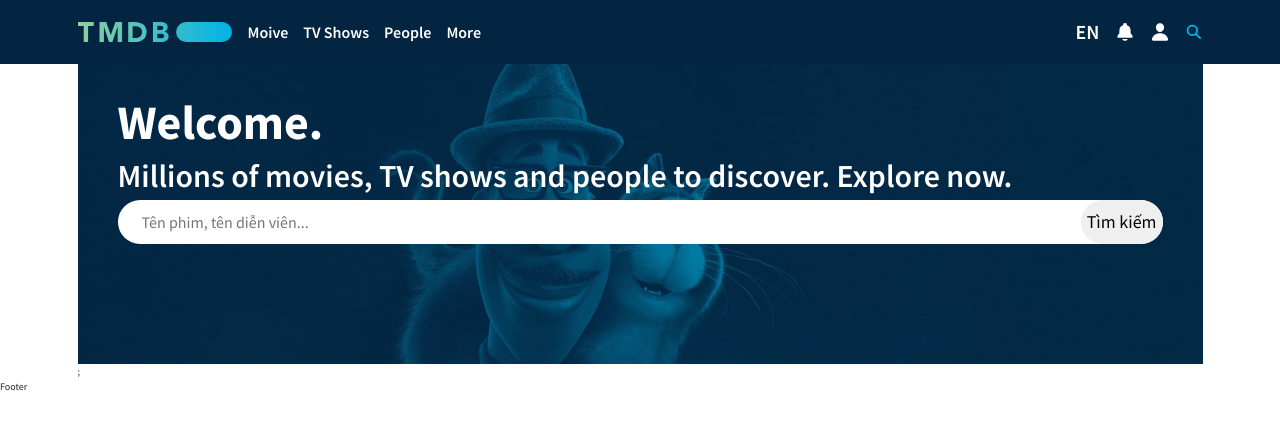
Repository: nguyennam1029/TMDB-App
Page: /
The author's editor kept a copy of each file at every save. The page is drawn from the files as they stood at one save, then again after the next save.
The browser window is 1280 px wide. The pictures show the whole page.
The project was rebuilt for these pictures with package versions that can differ from the ones it lists, and the page was loaded fresh each time. Also part of the build but not shown: src/components/ui/HeroCart/heroCart.css, src/components/ui/HeroCart/HeroCart.jsx, src/page/Search.jsx. Imported but missing from the stored project, and not drawn on this page: src/components/ui/ListHero/ListHero, src/page/HeroDetail.

Above is the page before, as saved 2022-09-26 20:22:38.

### public/index.html
<!DOCTYPE html>
<html lang="en">
  <head>
    <meta charset="utf-8" />
    <link rel="icon" href="%PUBLIC_URL%/favicon.ico" />
    <meta name="viewport" content="width=device-width, initial-scale=1" />
    <meta name="theme-color" content="#000000" />
    <meta
      name="description"
      content="Web site created using create-react-app"
    />
    <link rel="apple-touch-icon" href="%PUBLIC_URL%/logo192.png" />
    <!--
      manifest.json provides metadata used when your web app is installed on a
      user's mobile device or desktop. See https://developers.google.com/web/fundamentals/web-app-manifest/
    -->
    <link rel="manifest" href="%PUBLIC_URL%/manifest.json" />
    <!--
      Notice the use of %PUBLIC_URL% in the tags above.
      It will be replaced with the URL of the `public` folder during the build.
      Only files inside the `public` folder can be referenced from the HTML.

      Unlike "/favicon.ico" or "favicon.ico", "%PUBLIC_URL%/favicon.ico" will
      work correctly both with client-side routing and a non-root public URL.
      Learn how to configure a non-root public URL by running `npm run build`.
    -->
    <link
      rel="stylesheet"
      href="https://cdn.jsdelivr.net/npm/bootstrap@5.1.0/dist/css/bootstrap.min.css"
    />
    <title>React App</title>
  </head>
  <body>
    <noscript>You need to enable JavaScript to run this app.</noscript>
    <div id="root"></div>
    <!--
      This HTML file is a template.
      If you open it directly in the browser, you will see an empty page.

      You can add webfonts, meta tags, or analytics to this file.
      The build step will place the bundled scripts into the <body> tag.

      To begin the development, run `npm start` or `yarn start`.
      To create a production bundle, use `npm run build` or `yarn build`.
    -->
  </body>
</html>

### src/index.js
import React from "react";
import ReactDOM from "react-dom/client";
import { BrowserRouter as Router } from "react-router-dom";

import { Provider } from "react-redux";
import store from "./store";
import "./index.css";
import App from "./App";

const root = ReactDOM.createRoot(document.getElementById("root"));
root.render(
  <React.StrictMode>
    <Provider store={store}>
      <Router>
        <App />
      </Router>
    </Provider>
  </React.StrictMode>
);

// If you want to start measuring performance in your app, pass a function
// to log results (for example: reportWebVitals(console.log))
// or send to an analytics endpoint. Learn more: https://bit.ly/CRA-vitals

### src/store.js
import rootReducer from "./redux/reducers";

import { createStore } from "redux";
const store = createStore(
  rootReducer,
  window.__REDUX_DEVTOOLS_EXTENSION__ && window.__REDUX_DEVTOOLS_EXTENSION__()
);

export default store;

### src/index.css
@import url('https://fonts.googleapis.com/css2?family=Source+Sans+Pro:wght@200;300;400;600;700;900&display=swap');

html {
  font-size: 62.5%;
}

body {
  font-family: 'Source Sans Pro',
    sans-serif;

}

:root {
  --primary-text-color: #fff;
}

*,
*::before,
*::after {
  box-sizing: border-box;
}




img,
picture,
video,
canvas,
svg {
  display  : block;
  max-width: 100%;
}

input,
button,
textarea,
select {
  outline: none;
}

p,
h1,
h2,
h3,
h4,
h5,
h6 {
  overflow-wrap: break-word;
}

a {
  color          : inherit;
  text-decoration: none;
}

ul {
  padding: 0;
  margin : 0;
}

li {
  list-style: none;
}

### src/redux/reducers.js
const initState = {
  search: "",
  selectItem: {},
  listHeros: [],
};

const rootReducer = (state = initState, action) => {
  switch (action.type) {
    case "listHeros":
      return {
        ...state,
        listHeros: action.payload,
      };
    case "selectItem":
      return {
        ...state,
        selectItem: action.payload,
      };
    case "seachrItem":
      return {
        ...state,
        search: action.payload,
      };
    default:
      return state;
  }
};
export default rootReducer;

### src/components/Layout/Layout.jsx
import React from "react";

import Header from "../Header/Header";
import Footer from "../Footer/Footer";
// import Routers from "../../routes/Routers";
import Routers from "../../routes/Routers";

const Layout = () => {
  return (
    <>
      <Header />
      <Routers />
      <Footer />
    </>
  );
};

export default Layout;

### src/components/Header/Header.jsx
import React from "react";

import { Link, useNavigate } from "react-router-dom";
import { useState } from "react";
import { useDispatch } from "react-redux";
import { seachrItem } from "../../redux/action";
import { useEffect } from "react";
import {
  IoSearchOutline,
  IoNotificationsSharp,
  IoPerson,
  IoSearchSharp,
} from "react-icons/io5";
import { Container } from "react-bootstrap";
import Dropdown from "react-bootstrap/Dropdown";
import { NavLink } from "react-router-dom";
import logo from "../../assets/images/logo.svg";
import "./header.css";
const Header = () => {
  // const dispatch = useDispatch();
  // const [searchName, setSearchName] = useState("");
  // const Navigate = useNavigate();
  // const handleOnchange = (value) => {
  //   value !== "" ? Navigate("/seachr") : Navigate("/");
  //   setSearchName(value);
  // };

  // useEffect(() => {
  //   dispatch(seachrItem(searchName));
  // }, [searchName]);
  // return (
  //   <ul>
  //     <li>
  //       <Link to={"/home"} onClick={() => setSearchName("")}>
  //         Home
  //       </Link>
  //     </li>
  //     <li>
  //       <input
  //         type="text"
  //         value={searchName}
  //         placeholder="Tìm kiếm"
  //         onChange={(e) => {
  //           handleOnchange(e.target.value);
  //         }}
  //       />
  //     </li>
  //     <li>
  //       Tim kiem <IoSearchOutline />
  //     </li>
  //   </ul>
  // );
  //CÁC MENU ITEM
  const NavItemLinks = [
    {
      display: "Moive",
      url: "/moive",
    },
    {
      display: "TV Shows",
      url: "/tvshows",
    },
    {
      display: "People",
      url: "/people",
    },
    {
      display: "More",
      url: "/More",
    },
  ];
  return (
    <div className="header">
      <Container>
        <div className="nav d-flex align-items-center justify-content-between">
          <div className="nav__left d-flex align-items-center justify-content-center mr-3">
            <NavLink to="/" className="nav__left--img d-block">
              <img src={logo} alt="" />
            </NavLink>

            <ul className="nav__list d-flex align-items-center gap-4">
              {NavItemLinks.map((item, index) => (
                <li className="nav__item" key={index}>
                  <NavLink
                    to={item.url}
                    className={(navClass) =>
                      navClass.isActive ? "active" : ""
                    }
                  >
                    {item.display}
                  </NavLink>
                </li>
              ))}
            </ul>
          </div>
          <div className="nav__right">
            <ul className="nav__list d-flex align-items-center gap-4">
              <li className="nav__item nav__right--item">
                <NavLink
                  to="en"
                  className={(navClass) => (navClass.isActive ? "active" : "")}
                >
                  EN
                </NavLink>
              </li>

              <li className="nav__item nav__right--item">
                <NavLink
                  to="noti"
                  className={(navClass) => (navClass.isActive ? "active" : "")}
                >
                  <IoNotificationsSharp />
                </NavLink>
              </li>

              <li className="nav__item nav__right--item">
                <NavLink
                  to="user"
                  className={(navClass) => (navClass.isActive ? "active" : "")}
                >
                  <IoPerson />
                </NavLink>
              </li>

              <li className="nav__item nav__right--item search">
                <NavLink
                  to="user"
                  className={(navClass) => (navClass.isActive ? "active" : "")}
                >
                  <IoSearchSharp />
                </NavLink>
              </li>
            </ul>
          </div>
        </div>
      </Container>
    </div>
  );
};
export default Header;

### src/components/Footer/Footer.jsx
import React from "react";

const Footer = () => {
  return <div>Footer</div>;
};
export default Footer;

### src/routes/Routers.jsx
import { Routes, Route, Navigate } from "react-router-dom";

import React from "react";

import { HomePage } from "../page/Home";
import { HeroDetail } from "../page/HeroDetail";
import { Search } from "../page/Search";

const Routers = () => {
  return (
    <Routes>
      <Route path="/" element={<Navigate to="/Home" />} />
      <Route path="/Home" element={<HomePage />} />
      <Route path="/Home/:id" element={<HeroDetail />} />
      <Route path="/seachr" element={<Search />} />
    </Routes>
  );
};
export default Routers;

### src/redux/action.js
export const getListHeros = (heros) => {
  return {
    type: "listHeros",
    payload: heros,
  };
};

export const selectItem = (item) => {
  return {
    type: "selectItem",
    payload: item,
  };
};

export const seachrItem = (item) => {
  return {
    type: "seachrItem",
    payload: item,
  };
};
// export 1 cái getListHeros thì lại đc
// => ko thể sử dụng cú pháp export const getListHeros = (heros) => {...}

// export default getListHeros; export 1 cái thì không lỗi

// export { getListHeros, testt }; cách này củng lỗi

### src/components/Header/header.css
.header {
    background-color: #032541;
    display         : flex;
    justify-content : center;
    align-items     : center;
    position        : fixed;
    top             : 0;
    left            : 0;

    height    : 64px;
    width     : 100%;
    z-index   : 10;
    transition: top 0.2s linear;

}

.nav__left--img {
    width       : 154px;
    height      : auto;
    margin-right: 16px;
}

.nav__left--img img {
    width: 100%;
}

.nav__item {
    font-size  : 1.6rem;
    color      : var(--primary-text-color);
    font-weight: 600;
}

.nav__right--item {
    font-size  : 2rem;
    font-weight: 600;
}

.nav__right--item.search {
    font-size  : 1.8rem;
    color      : #01b4e4;
    font-weight: 800;

}

### src/page/Home.jsx
import React from "react";
import { Banner } from "../components/Banner/Banner";
import { ListHero } from "../components/ui/ListHero/ListHero";
// import Slider from "../components/ui/Slider/Slider";

export const HomePage = () => {
  return (
    <div>
      <Banner />
      {/* <ListHero /> */}
    </div>
  );
};

### src/components/Banner/Banner.jsx
import React from "react";

import { Container } from "react-bootstrap";
import "./banner.css";
export const Banner = () => {
  return (
    <Container>
      <div className="banner">
        <div className="banner-content">
          <div className="banner-title">
            <h2>Welcome.</h2>
            <h3>
              Millions of movies, TV shows and people to discover. Explore now.
            </h3>
          </div>
          <div className="banner-search">
            <input type="text" placeholder="Tên phim, tên diễn viên..." />
            <button>Tìm kiếm</button>
          </div>
        </div>
      </div>
      ;
    </Container>
  );
};

### src/components/Banner/banner.css
.banner {
    margin-top: 64px;
    background-image: linear-gradient(to right, rgba(3, 37, 65, 0.8) 0%, rgba(3, 37, 65, 0) 100%),
        url("../../assets/images/banner.jpg");
    min-height: 300px;

    max-height         : 360px;
    background-position: top center;
    background-size    : cover;
    background-repeat  : no-repeat;
    color              : #fff;
}

.banner-content {
    padding: 30px 40px;
}

.banner-title {}

.banner-title h2 {
    font-size  : 4.8rem;
    font-weight: 700;
}

.banner-title h3 {
    font-size  : 3.2rem;
    font-weight: 600;
}

.banner-search {
    width   : 100%;
    position: relative;
    overflow: hidden;
}

.banner-search input {
    width                : 100%;
    padding              : 10px 24px;
    border               : none;
    font-size            : 1.6rem;
    border-radius        : 6rem;
    -webkit-border-radius: 6rem;
    -moz-border-radius   : 6rem;
    -ms-border-radius    : 6rem;
    -o-border-radius     : 6rem;
}

.banner-search button {
    font-size            : 1.8rem;
    position             : absolute;
    bottom               : 0;
    right                : 0;
    height               : 100%;
    border               : none;
    border-radius        : 6rem;
    -webkit-border-radius: 6rem;
    -moz-border-radius   : 6rem;
    -ms-border-radius    : 6rem;
    -o-border-radius     : 6rem;
}

Loaded but not shown: src/App.js (common file)

After the next save:
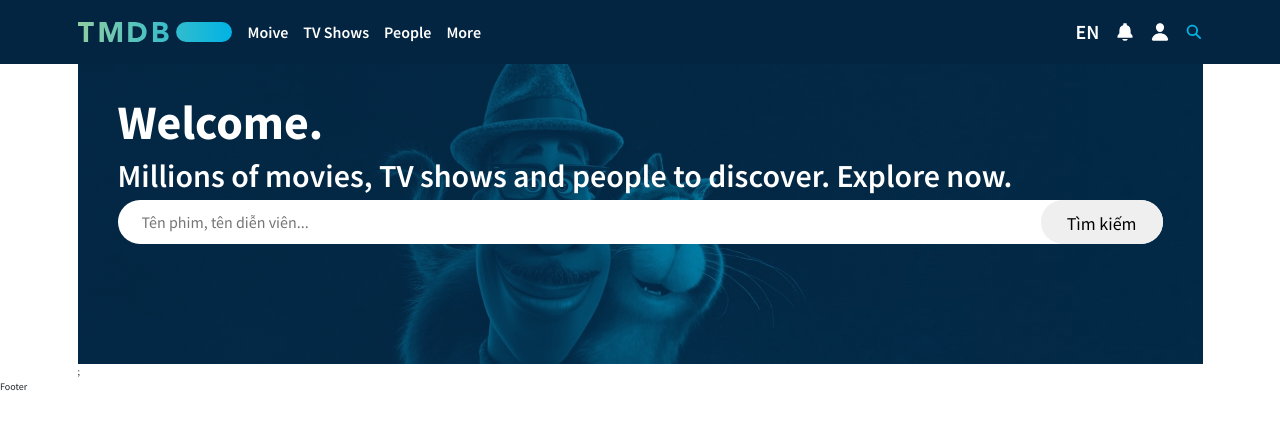
Saved 41 s later.
--- a/src/components/Banner/banner.css
+++ b/src/components/Banner/banner.css
@@ -52,6 +52,7 @@
     right                : 0;
     height               : 100%;
     border               : none;
+    padding              : 10px 26px;
     border-radius        : 6rem;
     -webkit-border-radius: 6rem;
     -moz-border-radius   : 6rem;
